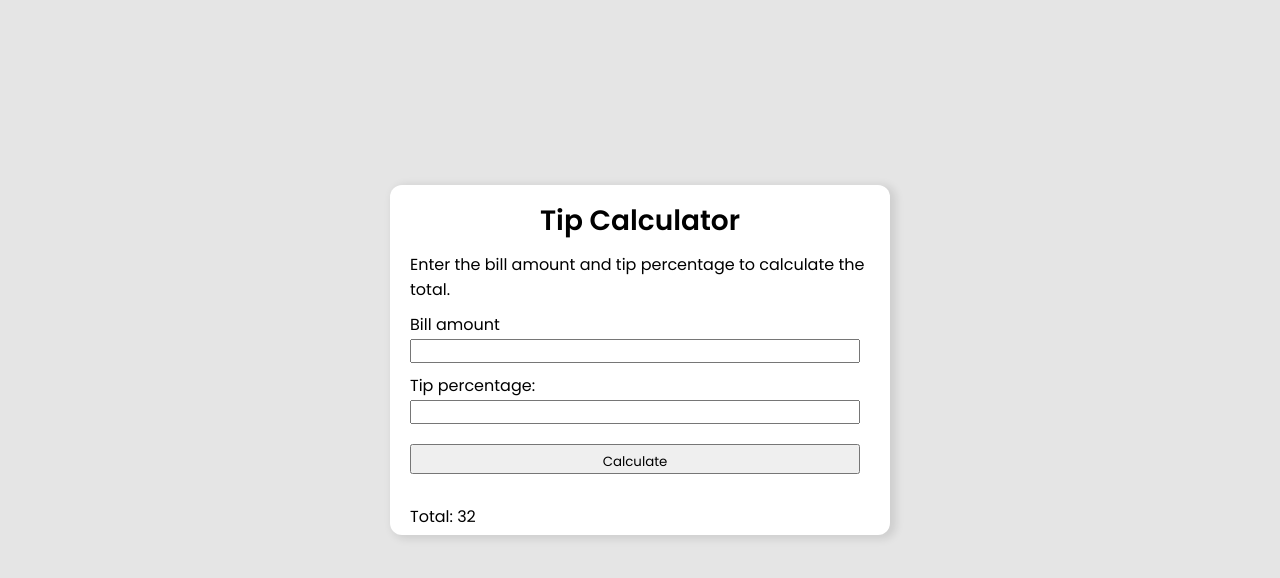
Repository: Ankitkr2021/Tip-Calculator
Page: index.html
These files come from the project's save history. The page is drawn as it stood at one moment and after the next save; the edit follows.
The browser window is 1280 px wide. The pictures show the whole page.

Above is the page before, as saved 2025-10-27 10:55:59.

### index.html
<!DOCTYPE html>
<html lang="en">
<head>
    <meta charset="UTF-8">
    <meta name="viewport" content="width=device-width, initial-scale=1.0">
    <title>Tip Calculator</title>
    <link rel="stylesheet" href="./style.css">
</head>
<body>
    <div class="box">
        <h2>Tip Calculator</h2>
        <p>Enter the bill amount and tip percentage to calculate the total.</p>
        <p>Bill amount</p>
        <input type="number">
        <p>Tip percentage:</p>
        <input type="number">
        <button>Calculate</button>
        <p>Total: <span>32</span></p>
    </div>
</body>
</html>

### style.css
@import url('https://fonts.googleapis.com/css2?family=Poppins:wght@300;400;500;600;700&display=swap');

*{
    margin: 0;
    padding: 0;
    box-sizing: border-box;
    font-family: "Poppins",sans-serif;
}

body {
    height: 100vh;
    width: 100%;
    display: flex;
    align-items: center;
    justify-content: center;
    background: rgba(0,0,0,0.1);
}

.box {
    background: #fff;
    height: 350px;
    width: 500px;
    box-shadow: 4px 2px 8px 2px rgba(0,0,0,0.1);
    border-radius: 12px;
}

h2{
    text-align: center;
    padding: 15px 0 0 0;
    font-size: 28px;
    font-weight: 600;
}

p{
    padding: 10px 10px 0 10px ;
    margin-left: 10px;

}

input {
    width: 90%;
    margin-left: 20px;
}

button {
    padding: 5px 0 0 0;
    width: 90%;
    margin: 20px;
    height: 30px;

}

After the next save:
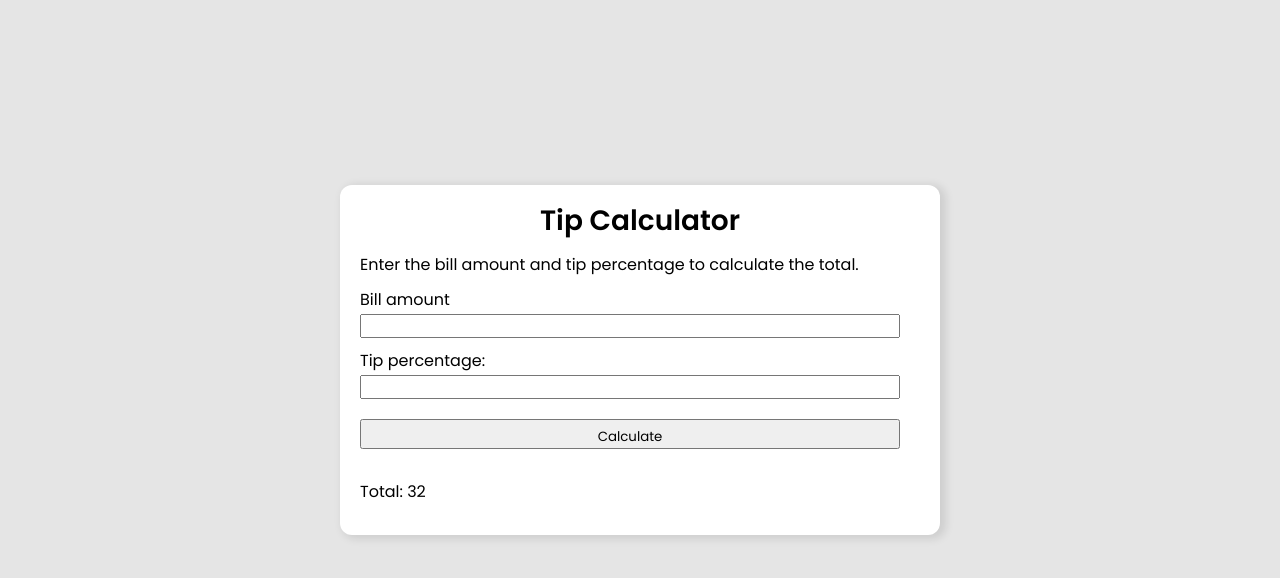
Saved 5 s later.
--- a/style.css
+++ b/style.css
@@ -19,7 +19,7 @@ body {
 .box {
     background: #fff;
     height: 350px;
-    width: 500px;
+    width: 600px;
     box-shadow: 4px 2px 8px 2px rgba(0,0,0,0.1);
     border-radius: 12px;
 }
